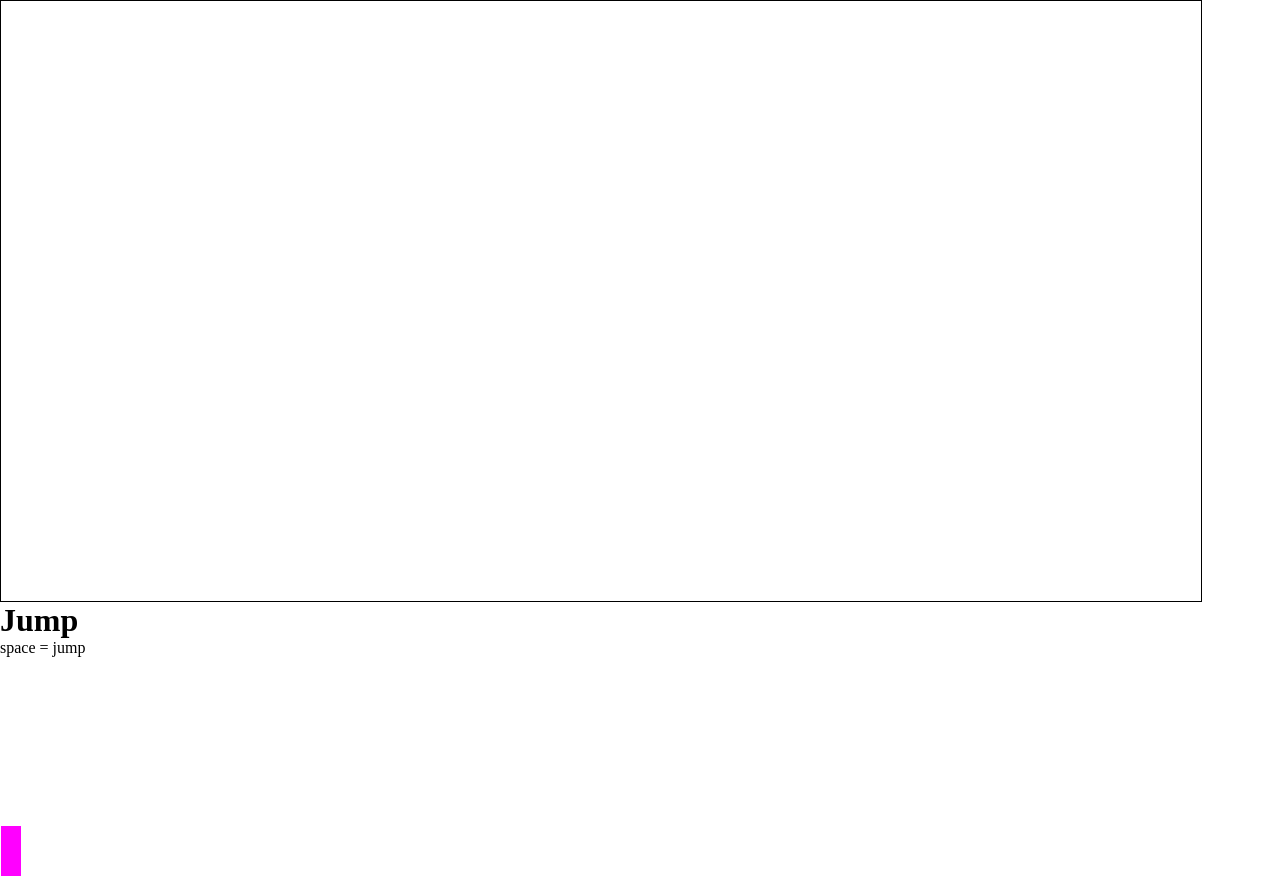
Repository: thecptwaffles/bad-game
Page: index.html
These files come from the project's save history. The page is drawn as it stood at one moment and after the next save; the edit follows.
The browser window is 1280 px wide. The pictures show the whole page.

Above is the page before, as saved 2022-02-05 08:23:15.

### index.html
<!DOCTYPE html>
<html lang="en" onkeydown="jump()">

<head>
    <meta charset="UTF-8">
    <meta http-equiv="X-UA-Compatible" content="IE=edge">
    <meta name="viewport" content="width=device-width, initial-scale=1.0">
    <title>Jump</title>
    <link rel="stylesheet" href="style.css">
</head>

<body>
    <div id="game">
        <div id="Steve"></div>
        <div id="block"></div>
    </div>
    <h1>Jump</h1>
    <p>space = jump</p>
</body>
<script src="./index.js"></script>

</html>

### style.css
* {
    padding: 0;
    margin: 0;
}

#game {
    width: 1200px;
    height: 600px;
    border: 1px solid black;
    display: flex;
    align-items: center;
    justify-content: ;
}

#Steve {
    width: 20px;
    height: 50px;
    background-color: magenta;
    position: relative;
    top: 550px;
}

.animate {
    animation: jump 500ms;
}

@keyframes jump {
    0%{
        top: 550px;
    }

    30% {
        top: 480px;
    }

    70% {
        top: 480px;
    }

    100% {
        top: 550px;
    }
}

#block {
    width: 20px;
    height: 20px;
    background-color: aquamarine;
    position: relative;
    top: 530px;
    left: 480px;
    animation: block 2s infinite linear;
}

@keyframes block {
    0%{
        left: 1200px;
    }

    100%{
        left: -40px;
    }
}

### index.js
var Steve = document.getElementById('Steve');
var block = document.getElementById('block');
var jumpSound = new Audio('jump.wav');
var deathSound = new Audio('death.wav');
var menuSound = new Audio('menu.wav');

function jump(){
    if(Steve.classList !='animate'){
        Steve.classList.add('animate');
    }
    Steve.classList.add('animate');
    setTimeout(function(){
        Steve.classList.remove('animate');
    },500)

    jumpSound.play();
}

var checkDead = setInterval(function(){
    var steveTop = parseInt(window.getComputedStyle(Steve).getPropertyValue('top'));

    var blockLeft = parseInt(window.getComputedStyle(block).getPropertyValue('left'));

    if(blockLeft<20 && blockLeft>0 && steveTop >= 550 ) {
        block.style.animation = 'none';
        block.style.display = 'none';
        deathSound.play()
        if(alert('You Lose :(')){}
else    window.location.reload();
        menuSound.play()
    }
},10)

After the next save:
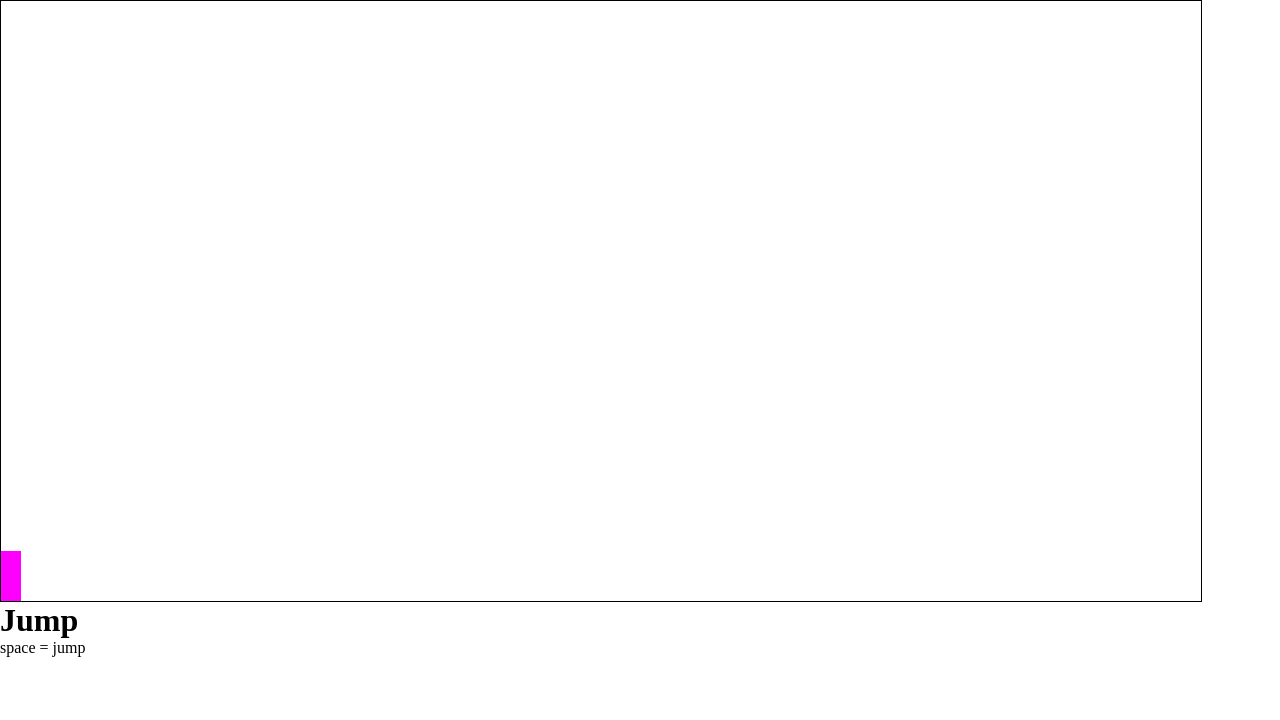
Saved 9 s later.
--- a/style.css
+++ b/style.css
@@ -7,9 +7,6 @@
     width: 1200px;
     height: 600px;
     border: 1px solid black;
-    display: flex;
-    align-items: center;
-    justify-content: ;
 }
 
 #Steve {
